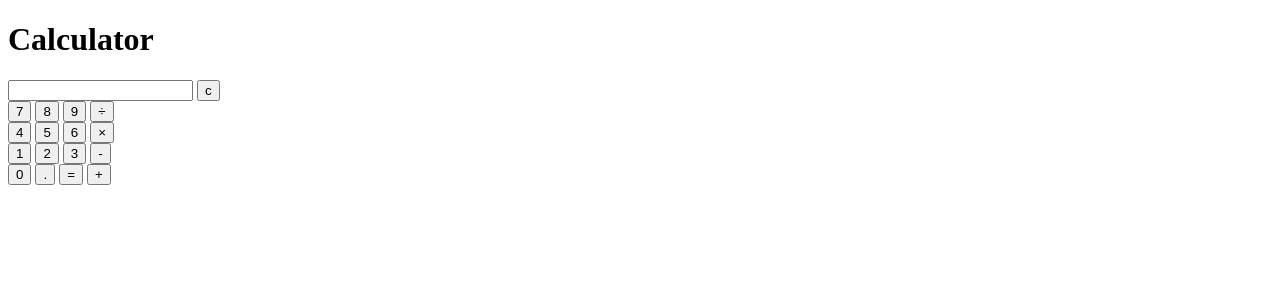
Repository: yu-yaba/Css-Calculator
Page: index.html
The author's editor kept a copy of each file at every save. The page is drawn from the files as they stood at one save, then again after a run of saves.
The browser window is 1280 px wide. The pictures show the whole page.

Above is the page before, as saved 2022-11-29 10:00:48.

After the next 2 saves:
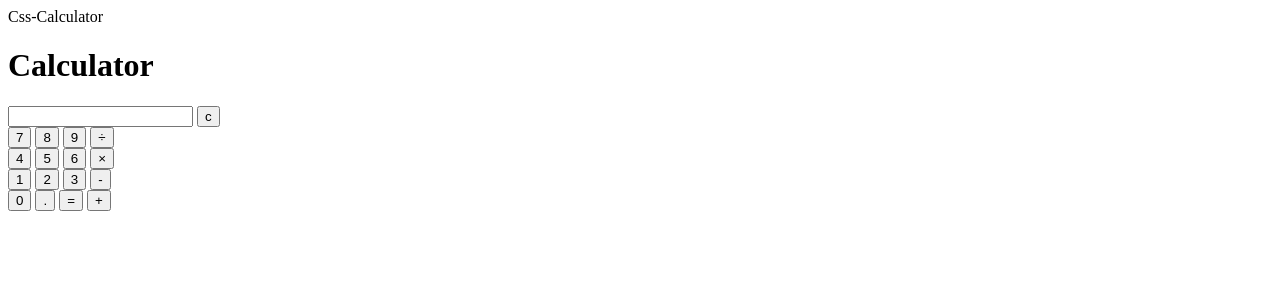
The 2 saves are shown as one change because they came seconds apart.
The last was saved 7 s later.
--- a/index.html
+++ b/index.html
@@ -4,7 +4,7 @@
    <meta charset="UTF-8">
    <meta http-equiv="X-UA-Compatible" content="IE=edge">
    <meta name="viewport" content="width=device-width, initial-scale=1.0">
-
+   <link rel="s"
    <title>Css-Calculator</title>
 </head>
 <body>
